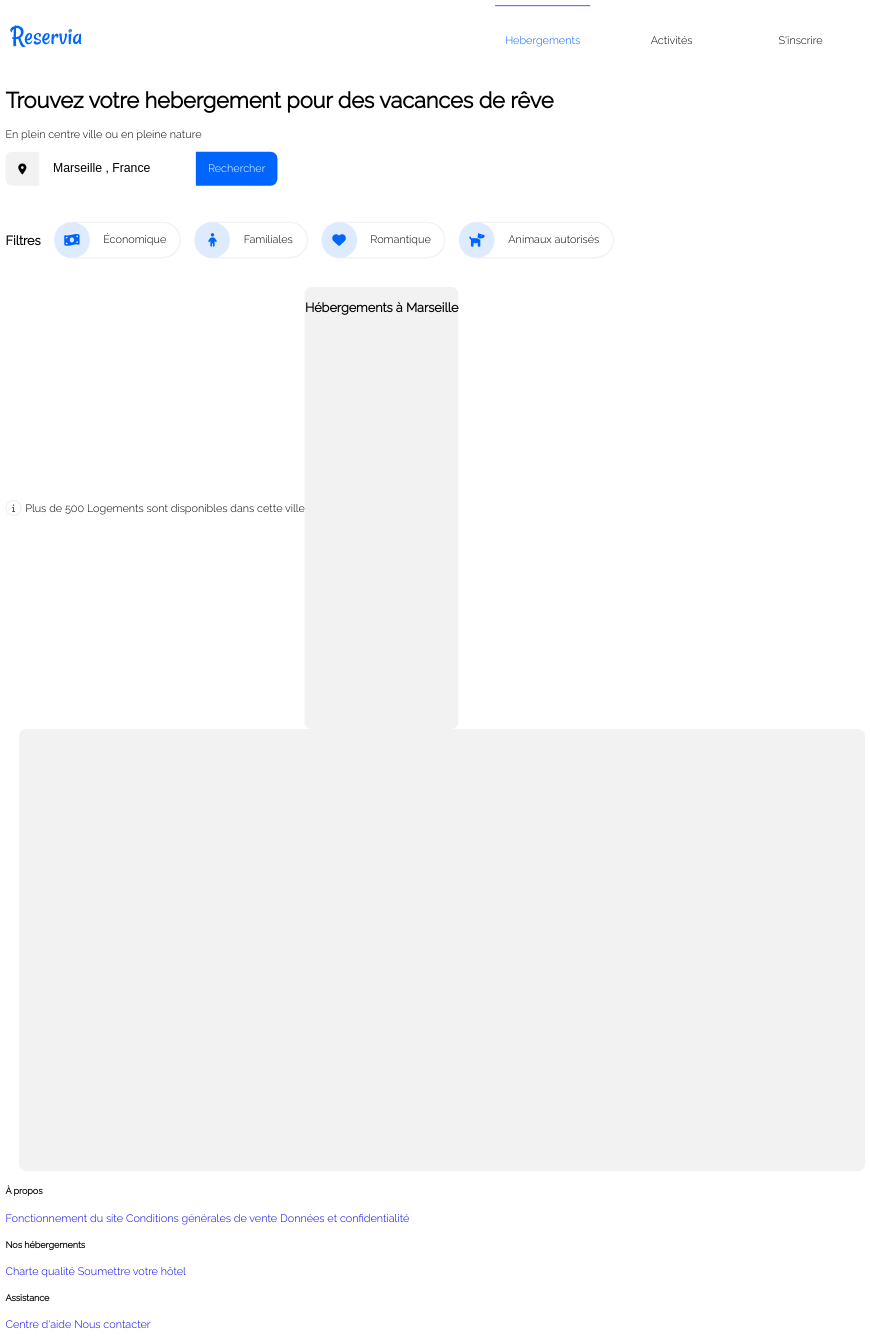
Repository: jaydeeonghub/DYLANBARBARISI_2_16062021
Page: index.html
The author's editor kept a copy of each file at every save. The page is drawn from the files as they stood at one save, then again after the next save.
The browser window is 1280 px wide. The pictures show the whole page, at 68% of full size.
Some web libraries are served in a nearby version.

Above is the page before, as saved 2021-07-07 20:37:32.

After the next save:
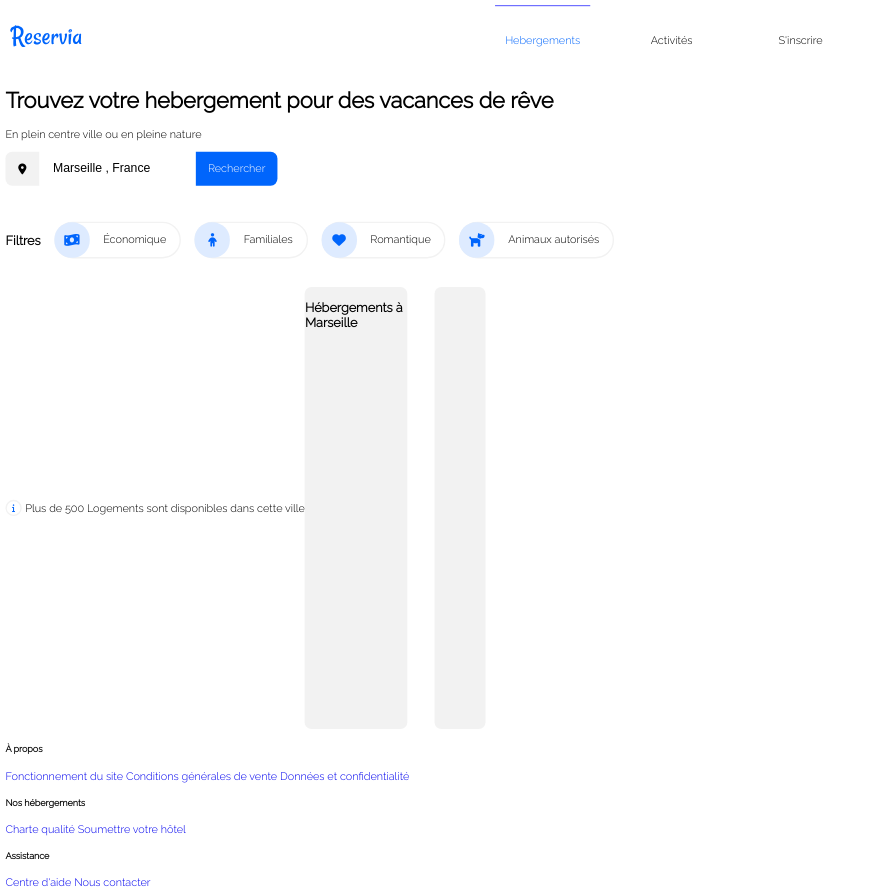
Saved 8 min 33 s later.
--- a/index.html
+++ b/index.html
@@ -77,7 +77,7 @@
         </div>
     <p>Plus de 500 Logements sont disponibles dans cette ville</p> <!--Nombre approximatif de logements disponibles aux alentours-->
         <section class="flexAround">
-        <section class="sizeHebergements backGris">
+        <div class="sizeHebergements backGris">
             <h3>Hébergements à Marseille</h3>
         <div></div>
         <div></div>
@@ -91,12 +91,9 @@
             <a href="#Fonctionnementdusite">Fonctionnement du site</a>
             <a href="#CGV">Conditions générales de vente</a>
             <a href="Confidentialité">Données et confidentialité</a>
-
         <h5>Nos hébergements</h5>
             <a href="#chartequalité">Charte qualité</a>
             <a href="#Soumettrehôtel">Soumettre votre hôtel</a>
-
-
         <h5>Assistance</h5>
             <a href="#Centre d'aide">Centre d'aide</a>
             <a href="#Contact">Nous contacter</a>
